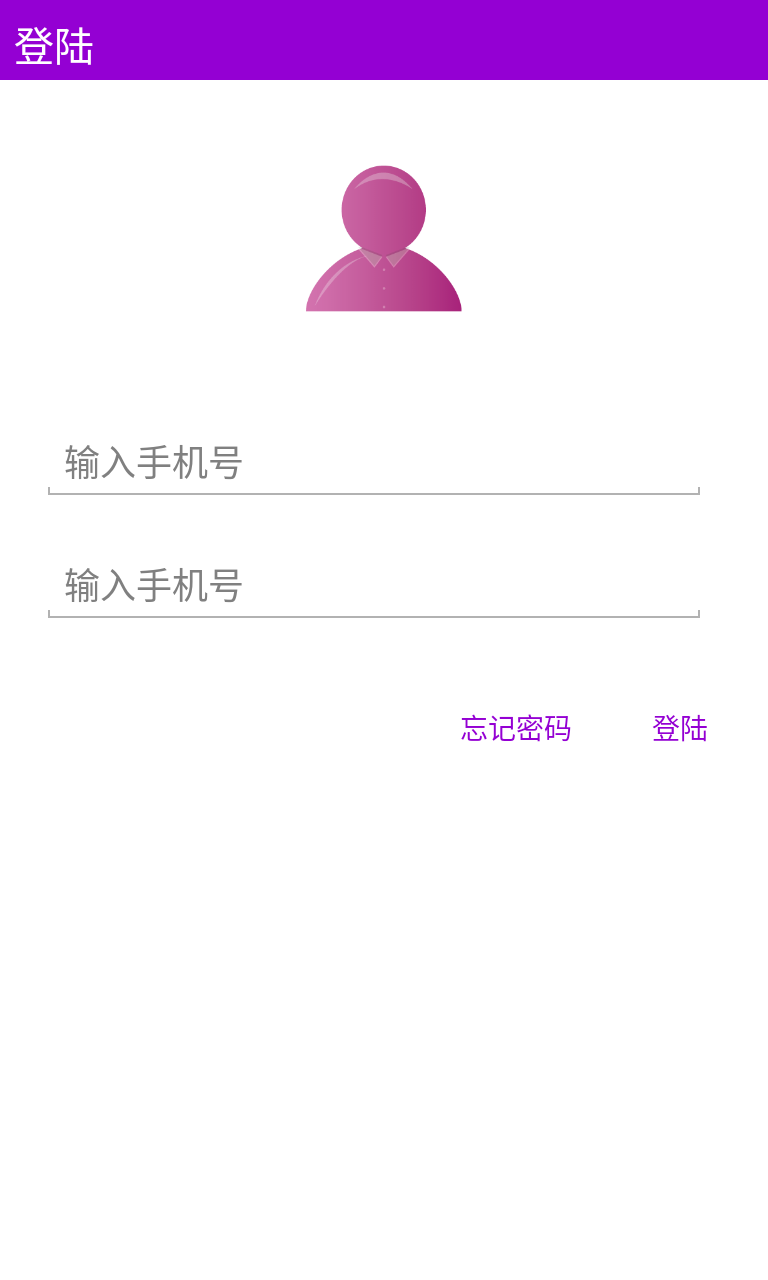
Repository: mrhanliang/Android_4.2
Layout: Android_Level_work/res/layout/activity_main.xml
The author's editor kept a copy of each file at every save. The layout is drawn from the files as they stood at one save, then again after the next save.
It is drawn on a 768 x 1280 px phone screen (xhdpi) without system bars, with theme AppTheme; the app's code is not run.

Above is the layout before, as saved 2015-12-05 13:26:16.

### Android_Level_work/res/layout/activity_main.xml
<RelativeLayout xmlns:android="http://schemas.android.com/apk/res/android"
    xmlns:tools="http://schemas.android.com/tools"
    android:layout_width="match_parent"
    android:layout_height="match_parent"
    tools:context="com.example.android_level_work.MainActivity" >

    <LinearLayout
        android:id="@+id/linearLayout1"
        android:layout_width="match_parent"
        android:layout_height="40dp"
        android:background="#9400d3" >

        <TextView
            android:id="@+id/textView1"
            android:layout_width="wrap_content"
            android:layout_height="wrap_content"
            android:layout_margin="7dp"
            android:text="登陆"
            android:textColor="#ffffff"
            android:textSize="20dp" />
    </LinearLayout>

    <ImageView
        android:id="@+id/imageView1"
        android:layout_width="80dp"
        android:layout_height="80dp"
        android:layout_below="@id/linearLayout1"
        android:layout_centerHorizontal="true"
        android:layout_marginTop="40dp"
        android:background="@drawable/w4" />

    <RelativeLayout
        android:id="@+id/relativeLayout2"
        android:layout_width="match_parent"
        android:layout_height="wrap_content"
        android:layout_below="@id/imageView1"
        android:layout_marginRight="10dp"
        android:layout_marginTop="20dp" >

        <EditText
            android:id="@+id/editText1"
            android:layout_width="match_parent"
            android:layout_height="wrap_content"
            android:layout_marginLeft="20dp"
            android:layout_marginRight="20dp"
            android:layout_marginTop="30dp"
            android:hint="输入手机号" />

        <EditText
            android:id="@+id/editText2"
            android:layout_width="match_parent"
            android:layout_height="wrap_content"
            android:layout_below="@id/editText1"
            android:layout_marginLeft="20dp"
            android:layout_marginRight="20dp"
            android:layout_marginTop="20dp"
            android:hint="输入手机号" />

        <TextView
            android:id="@+id/textView2"
            android:layout_width="wrap_content"
            android:layout_height="wrap_content"
            android:layout_below="@id/editText2"
            android:layout_marginTop="40dp"
            android:layout_marginRight="20dp"
            android:layout_alignParentRight="true"
            android:textColor="#9400d3"
            android:text="登陆"
            android:clickable="true"
            />

        <TextView
            android:id="@+id/textView3"
            android:layout_width="wrap_content"
            android:layout_height="wrap_content"
            android:layout_toLeftOf="@id/textView2"
			android:layout_alignBaseline="@id/textView2"
            android:layout_marginRight="40dp"
            android:textColor="#9400d3"
            android:text="忘记密码"
            android:clickable="true"
            />
    </RelativeLayout>

</RelativeLayout>

Loaded but not shown: Android_Level_work/res/values/styles.xml (common file); Android_Level_work/res/values-v11/styles.xml (common file); Android_Level_work/res/values-v14/styles.xml (common file)

After the next save:
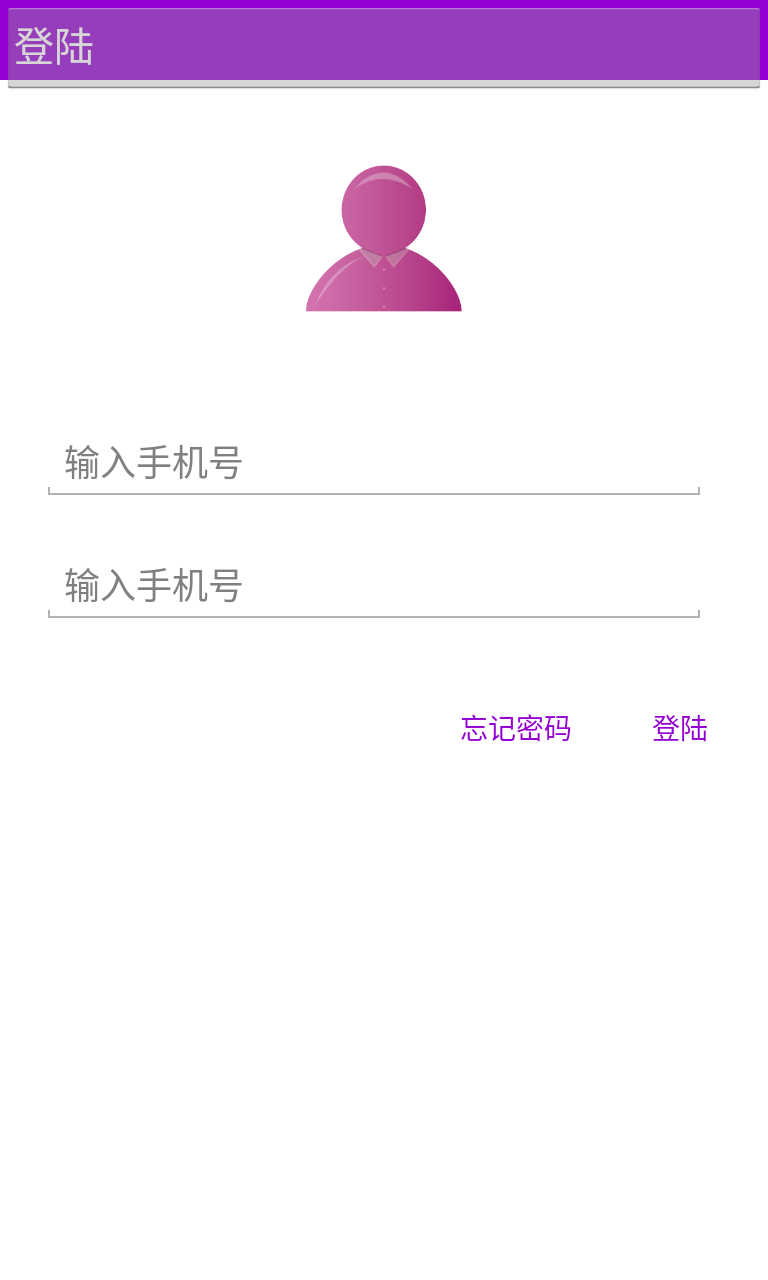
Saved 56 s later.
--- a/Android_Level_work/res/layout/activity_main.xml
+++ b/Android_Level_work/res/layout/activity_main.xml
@@ -82,4 +82,10 @@
             />
     </RelativeLayout>
 
+    <Button
+        android:id="@+id/button1"
+        android:layout_width="match_parent"
+        android:layout_height="wrap_content"
+        />
+
 </RelativeLayout>
